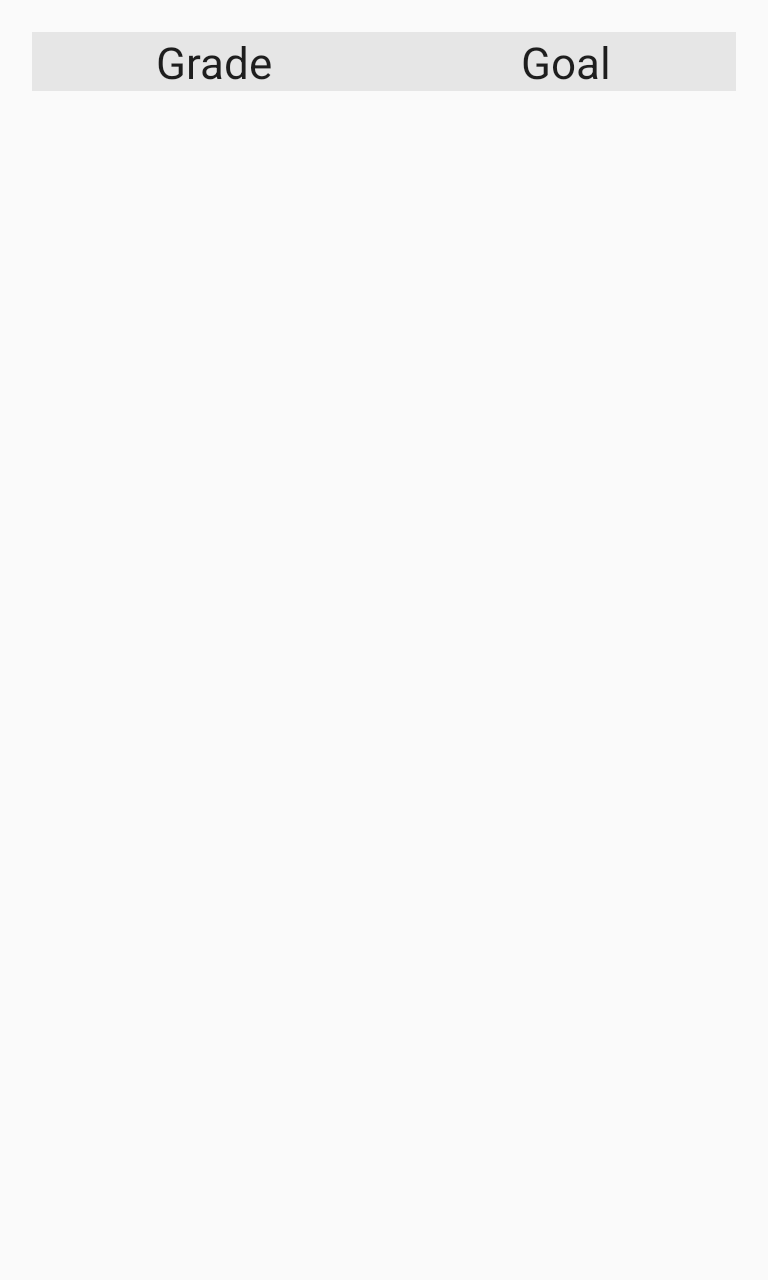
Repository: Tenergy05/GradePlanner
Layout: GradePlanner/res/layout/activity_view_course.xml
The author's editor kept a copy of each file at every save. The layout is drawn from the files as they stood at one save, then again after the next save.
It is drawn on a 768 x 1280 px phone screen (xhdpi) without system bars, with theme AppTheme; the app's code is not run.

Above is the layout before, as saved 2015-01-02 22:14:34.

After the next save:
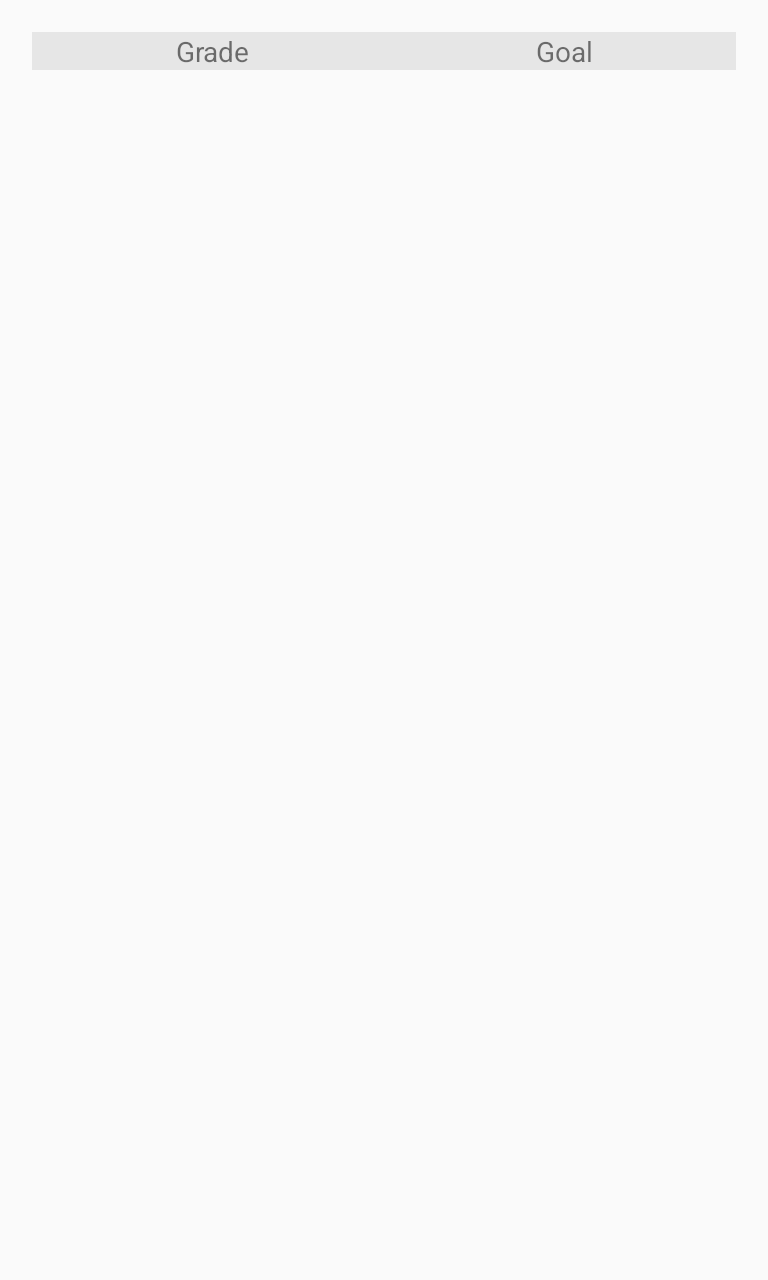
Saved 80 s later.
--- a/GradePlanner/res/layout/activity_view_course.xml
+++ b/GradePlanner/res/layout/activity_view_course.xml
@@ -15,13 +15,11 @@
         android:background="@color/grey"
         >
         <TextView
-            style="@android:style/TextAppearance.Large"
             android:text="@string/grade"
             android:layout_weight="0.5"
             android:gravity="center_horizontal"/>
 
         <TextView
-            style="@android:style/TextAppearance.Large"
             android:text="@string/goal"
             android:layout_weight="0.5"
             android:gravity="center_horizontal"/>
